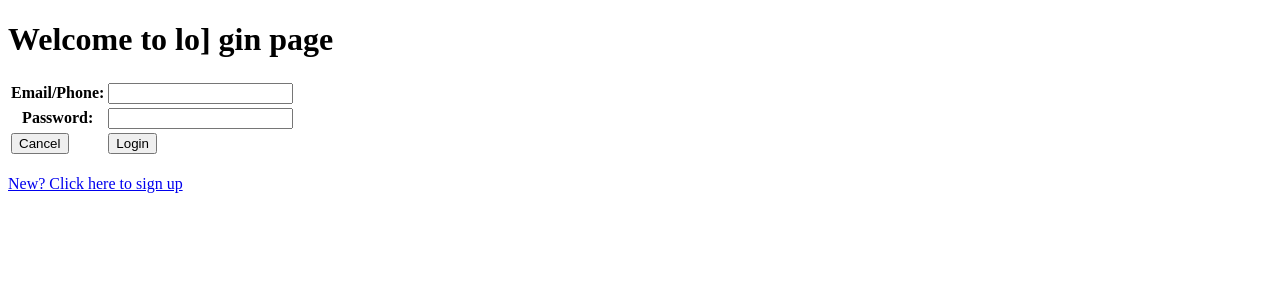
Repository: Chaitra-KT/test
Page: http://localhost/mvc_validation/Login.jsp
An editor plug-in stored every save of this project. The page is shown before and after the next save, followed by the edit.
The browser window is 1280 px wide. The pictures show the whole page.
The page is served by Tomcat 9. Other server files are loaded and not shown.

Above is the page before, as saved 2023-02-11 12:48:45.

### mvc_validation/src/main/webapp/Login.jsp
<%@ page language="java" contentType="text/html; charset=ISO-8859-1"
    pageEncoding="ISO-8859-1"%>
<!DOCTYPE html>
<html>
<head>
<meta charset="ISO-8859-1">
<title>Insert title here</title>
</head>
<body>
<h1>Welcome to lo]	gin page</h1>
<form action="">
<table>
<tr>
<th>Email/Phone:</th>
<td><input type="text" name="email">
</td>
</tr>
<tr>
<th>Password:</th>
<td><input type="text" name=pwd">
</td>
</tr>
<tr>
<td><button type="reset">Cancel</button></td>
<td><button>Login</button></td>
</tr>
</table>
</form>
<br>
<a href="load">New? Click here to sign up</a>
</body>
</html>

After the next save:
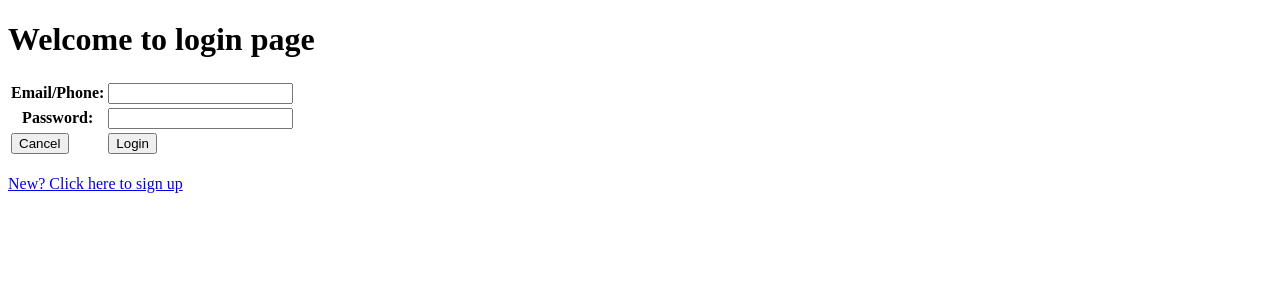
Saved 45 s later.
--- a/mvc_validation/src/main/webapp/Login.jsp
+++ b/mvc_validation/src/main/webapp/Login.jsp
@@ -7,7 +7,7 @@
 <title>Insert title here</title>
 </head>
 <body>
-<h1>Welcome to lo]	gin page</h1>
+<h1>Welcome to login page</h1>
 <form action="">
 <table>
 <tr>
